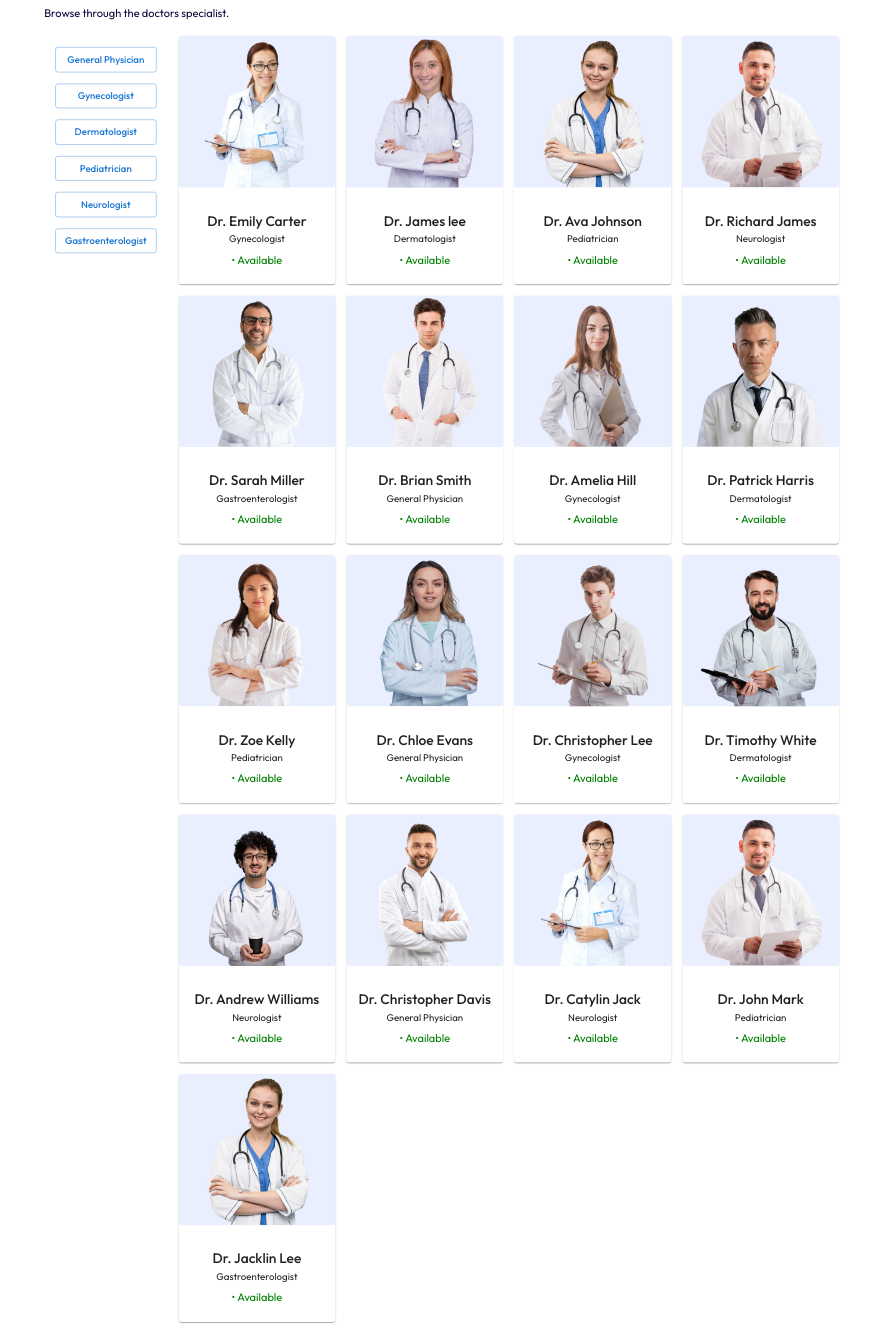
Repository: Ali-Dmerdash/DEPI_GRAD
Page: /
An editor plug-in stored every save of this project. The page is shown before and after the next save, followed by the edit.
The browser window is 1280 px wide. The pictures show the whole page, at 69% of full size.
The project was rebuilt for these pictures with package versions that can differ from the ones it lists, and the page was loaded fresh each time. Also part of the build but not shown: vite.config.ts.

Above is the page before, as saved 2024-10-05 22:32:37.

### src/App.tsx
import "./App.css";
import "react-router-dom";
import { library } from "@fortawesome/fontawesome-svg-core";
import { fab } from "@fortawesome/free-brands-svg-icons";
import { fas } from "@fortawesome/free-solid-svg-icons";
import { far } from "@fortawesome/free-regular-svg-icons";
import Doctors from "./pages/doctors/index.tsx";

function App() {
  return (
    <>
      <Doctors />
    </>
  );
}

export default App;
library.add(fab, fas, far);

### src/index.css
@import url("https://fonts.googleapis.com/css2?family=Outfit:wght@100..900&display=swap");

body {
  font-family: "Outfit", sans-serif;
  color: var(--text-color);
}

:root {
  --primary-color: #07456f;
  --secondary-color: #009f9d;
  --text-color: #0f0a3c;
  --card-button-color: #ace6f6;
  --border-color: #adadad;
}

### src/App.css
@import "./App.css";

body {
  color: var(--text-color);
}

### src/pages/doctors/index.tsx
import React, { useState } from "react";
import {
  Container,
  Grid,
  Card,
  CardContent,
  Typography,
  Box,
  CardMedia,
  Button,
} from "@mui/material";

interface Doctor {
  id: number;
  name: string;
  specialization: string;
  image: string;
  available?: boolean;
}

const doctors: Doctor[] = [
  {
    id: 1,
    name: "Dr. Emily Carter",
    specialization: "Gynecologist",
    image: "/src/pages/doctors/DEPI-React/file (2) 1.png",
    available: true,
  },
  {
    id: 2,
    name: "Dr. James lee",
    specialization: "Dermatologist",
    image: "/src/pages/doctors/DEPI-React/file (2) 2.png",
    available: true,
  },
  {
    id: 3,
    name: "Dr. Ava Johnson",
    specialization: "Pediatrician",
    image: "/src/pages/doctors/DEPI-React/file (2) 3.png",
    available: true,
  },
  {
    id: 4,
    name: "Dr. Richard James",
    specialization: "Neurologist",
    image: "/src/pages/doctors/DEPI-React/file (3) 1.png",
    available: true,
  },
  {
    id: 5,
    name: "Dr. Sarah Miller",
    specialization: "Gastroenterologist",
    image: "/src/pages/doctors/DEPI-React/file (3) 2.png",
    available: true,
  },
  {
    id: 6,
    name: "Dr. Brian Smith",
    specialization: "General Physician",
    image: "/src/pages/doctors/DEPI-React/file (3) 3.png",
    available: true,
  },
  {
    id: 7,
    name: "Dr. Amelia Hill",
    specialization: "Gynecologist",
    image: "/src/pages/doctors/DEPI-React/file (4) 1.png",
    available: true,
  },
  {
    id: 8,
    name: "Dr. Patrick Harris",
    specialization: "Dermatologist",
    image: "/src/pages/doctors/DEPI-React/file (4) 2.png",
    available: true,
  },
  {
    id: 9,
    name: "Dr. Zoe Kelly",
    specialization: "Pediatrician",
    image: "/src/pages/doctors/DEPI-React/file (4) 3.png",
    available: true,
  },
  {
    id: 10,
    name: "Dr. Chloe Evans",
    specialization: "General Physician",
    image: "/src/pages/doctors/DEPI-React/file (4) 4.png",
    available: true,
  },
  {
    id: 11,
    name: "Dr. Christopher Lee",
    specialization: "Gynecologist",
    image: "/src/pages/doctors/DEPI-React/file (5) 1.png",
    available: true,
  },
  {
    id: 12,
    name: "Dr. Timothy White",
    specialization: "Dermatologist",
    image: "/src/pages/doctors/DEPI-React/file (5) 2.png",
    available: true,
  },
  {
    id: 13,
    name: "Dr. Andrew Williams",
    specialization: "Neurologist",
    image: "/src/pages/doctors/DEPI-React/file (5) 3.png",
    available: true,
  },
  {
    id: 14,
    name: "Dr. Christopher Davis",
    specialization: "General Physician",
    image: "/src/pages/doctors/DEPI-React/file (5) 4.png",
    available: true,
  },
  {
    id: 15,
    name: "Dr. Catylin Jack",
    specialization: "Neurologist",
    image: "/src/pages/doctors/DEPI-React/file (2) 1.png",
    available: true,
  },
  {
    id: 16,
    name: "Dr. John Mark",
    specialization: "Pediatrician",
    image: "/src/pages/doctors/DEPI-React/file (3) 1.png",
    available: true,
  },
  {
    id: 17,
    name: "Dr. Jacklin Lee",
    specialization: "Gastroenterologist",
    image: "/src/pages/doctors/DEPI-React/file (2) 3.png",
    available: true,
  },
];

const specializations = [
  "General Physician",
  "Gynecologist",
  "Dermatologist",
  "Pediatrician",
  "Neurologist",
  "Gastroenterologist",
];

const Doctors: React.FC = () => {
  const [selectedSpecialization, setSelectedSpecialization] = useState<
    string | null
  >(null);

  const handleSpecializationClick = (specialization: string) => {
    setSelectedSpecialization(
      selectedSpecialization === specialization ? null : specialization
    );
  };

  const filteredDoctors = selectedSpecialization
    ? doctors.filter(
        (doctor) => doctor.specialization === selectedSpecialization
      )
    : doctors;

  return (
    <Container maxWidth="lg">
      <Grid item xs={12} md={12} mb={3}>
        Browse through the doctors specialist.
      </Grid>
      <Grid container spacing={2}>
        <Grid item xs={12} md={2}>
          <Box
            sx={{
              padding: 2,
              marginBottom: 2,
            }}
          >
            {specializations.map((specialization) => (
              <Button
                key={specialization}
                onClick={() => handleSpecializationClick(specialization)}
                variant={
                  selectedSpecialization === specialization
                    ? "contained"
                    : "outlined"
                }
                fullWidth
                sx={{
                  marginBottom: 2,
                  textTransform: "none",
                  width: "100%",
                }}
              >
                {specialization}
              </Button>
            ))}
          </Box>
        </Grid>

        <Grid item xs={12} md={10}>
          <Grid container spacing={2}>
            {filteredDoctors.map((doctor) => (
              <Grid item xs={12} md={3} key={doctor.id}>
                <Card
                  sx={{
                    transition: "transform 0.2s",
                    "&:hover": {
                      transform: "scale(1.05)",
                      boxShadow: "0 4px 20px rgba(0,0,0,0.3)",
                    },
                  }}
                >
                  <CardMedia
                    component="img"
                    image={doctor.image}
                    alt={doctor.name}
                    sx={{
                      width: "100%",
                      height: "220px",
                      objectFit: "scale-down",
                      borderRadius: "5px",
                      backgroundColor: "#eaefff",
                    }}
                  />
                  <CardContent>
                    <Typography variant="h6" align="center" sx={{ mt: 2 }}>
                      {doctor.name}
                    </Typography>
                    <Typography variant="body2" align="center" sx={{ mb: 1 }}>
                      {doctor.specialization}
                    </Typography>
                    {doctor.available && (
                      <Typography color="green" align="center">
                        &bull; Available
                      </Typography>
                    )}
                  </CardContent>
                </Card>
              </Grid>
            ))}
          </Grid>
        </Grid>
      </Grid>
    </Container>
  );
};

export default Doctors;

Loaded but not shown: index.html (common file); src/main.tsx (common file)

After the next save:
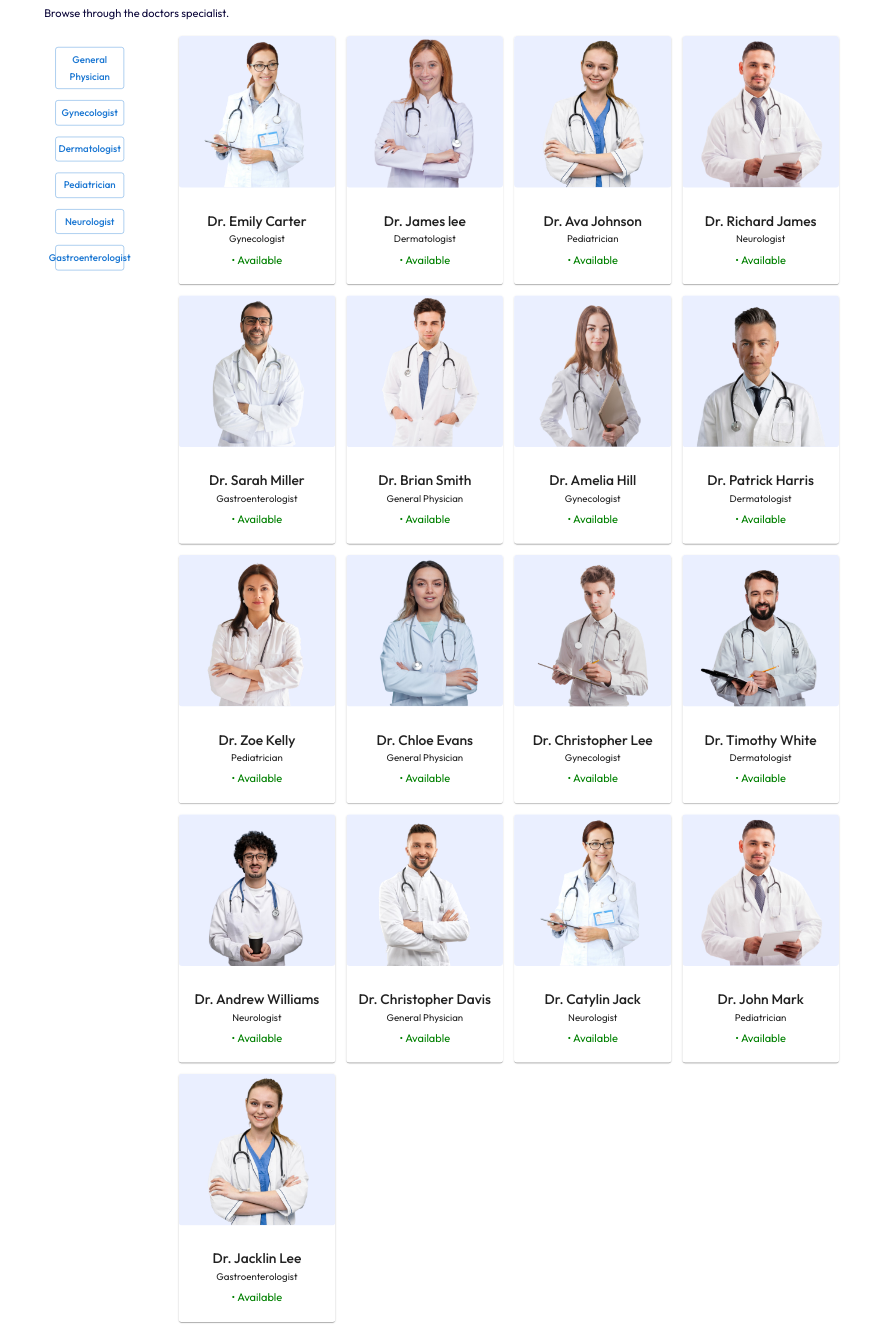
Saved 7 s later.
--- a/src/pages/doctors/index.tsx
+++ b/src/pages/doctors/index.tsx
@@ -192,7 +192,7 @@ const Doctors: React.FC = () => {
                 sx={{
                   marginBottom: 2,
                   textTransform: "none",
-                  width: "100%",
+                  width: "100px",
                 }}
               >
                 {specialization}
